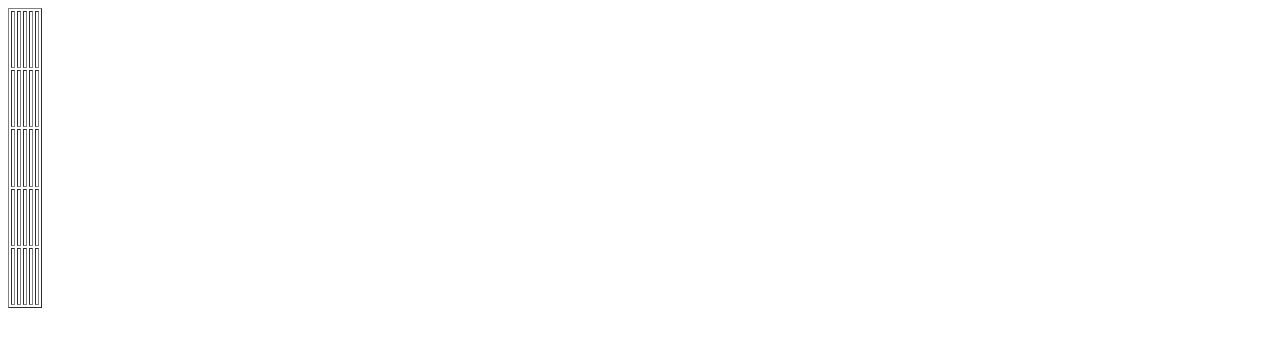
Repository: nijooymik/smartfactory
Page: jsp/t0718/src/main/webapp/html/img/tableex.html
The author's editor kept a copy of each file at every save. The page is drawn from the files as they stood at one save, then again after the next save.
The browser window is 1280 px wide. The pictures show the whole page.

Above is the page before, as saved 2022-07-18 04:46:36.

After the next save:
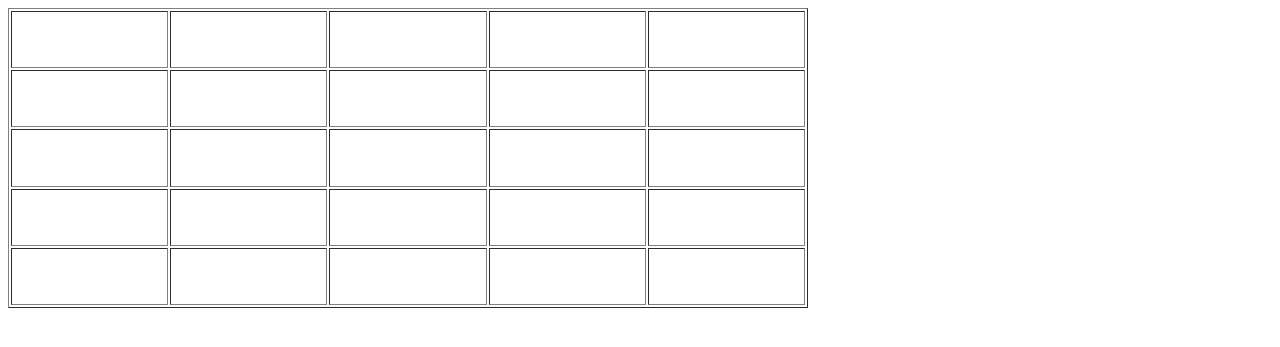
Saved 15 s later.
--- a/jsp/t0718/src/main/webapp/html/img/tableex.html
+++ b/jsp/t0718/src/main/webapp/html/img/tableex.html
@@ -5,7 +5,7 @@
 <title>Insert title here</title>
 </head>
 <body>
-	<table border=1 align=fill height="300">
+	<table border=1 width="800" height="300">
 	<tr>
 		<td></td>
 		<td></td>
